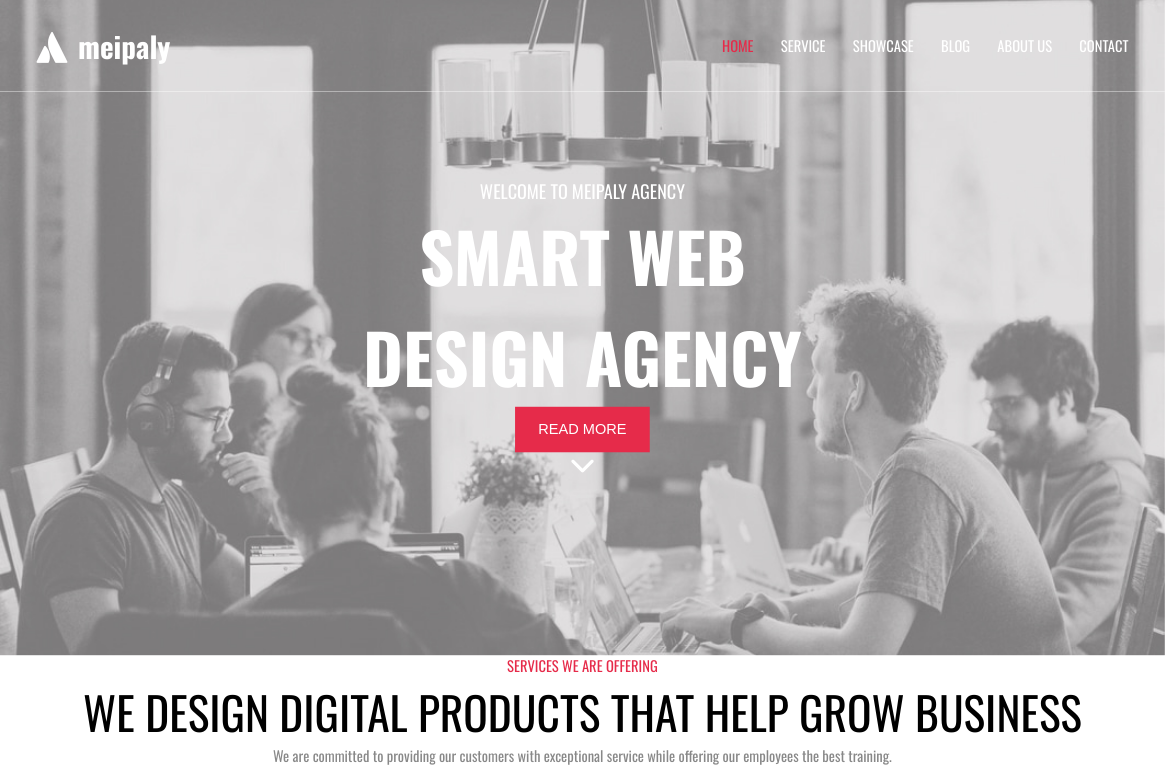
Repository: trminhphuc1504/meipaly
Page: meipaly.html
An editor plug-in stored every save of this project. The page is shown before and after the next save, followed by the edit.
The browser window is 1280 px wide. The pictures show the whole page, at 91% of full size.
Some web libraries are served in a nearby version.

Above is the page before, as saved 2024-08-18 23:51:02.

After the next save:
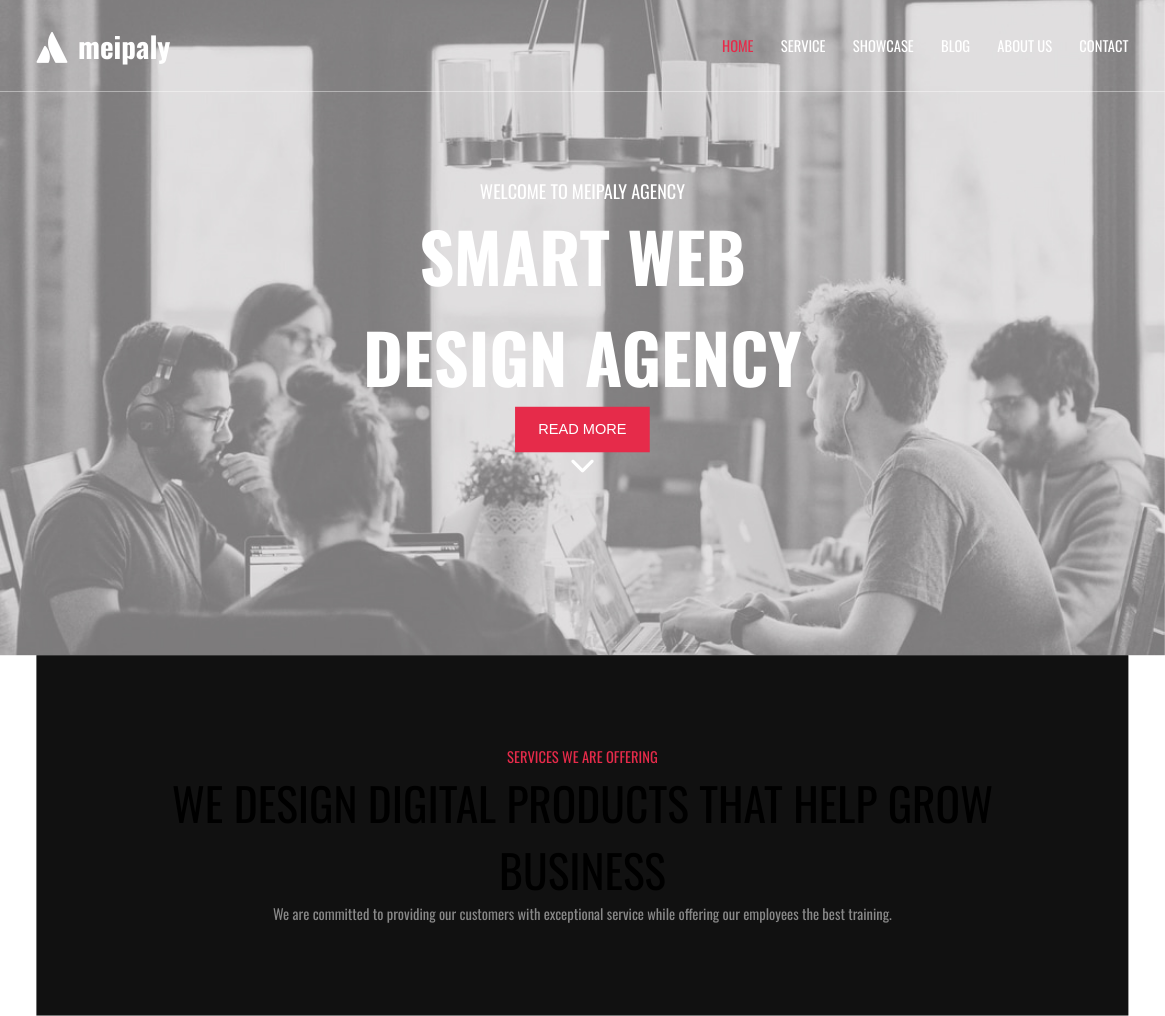
Saved 2 min 31 s later.
--- a/css/meipaly.css
+++ b/css/meipaly.css
@@ -224,6 +224,8 @@
 
 #carousel .carousel-content {
     text-align: center;
+    padding: 100px 80px;
+    background-color:#111;
 }
 
 #carousel .carousel-content .carousel-sub-title{
